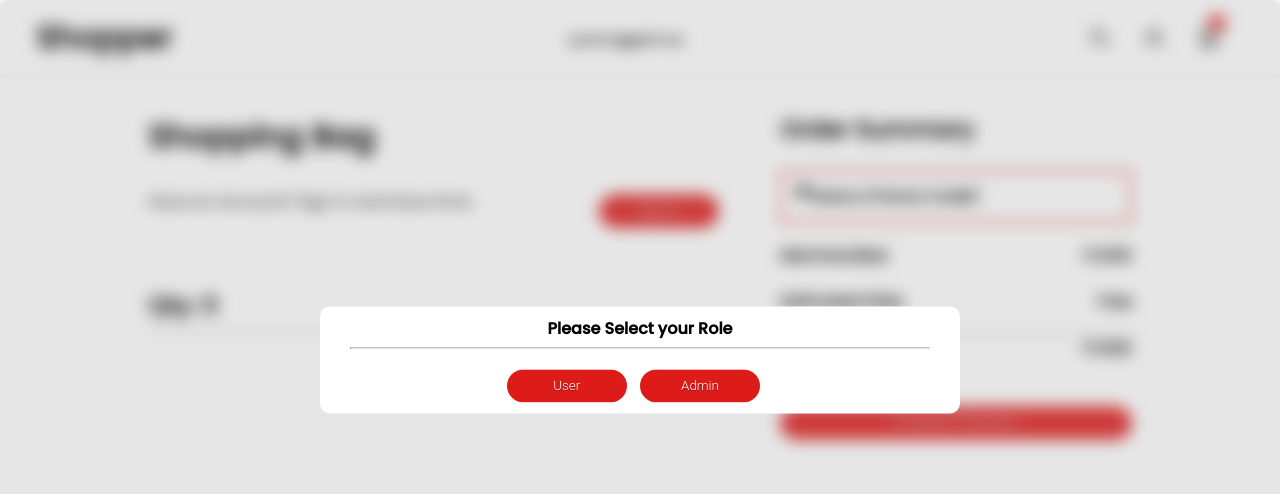
Repository: coolronts/aize-project
Page: /cart
The author's editor kept a copy of each file at every save. The page is drawn from the files as they stood at one save, then again after the next save.
The browser window is 1280 px wide. The pictures show the whole page.
The project was rebuilt for these pictures with package versions that can differ from the ones it lists, and the page was loaded fresh each time. Also part of the build but not shown: src/App.css, src/components/CartItem/CartItem.tsx, src/components/Card/Card.tsx, src/pages/Shop/shop.module.css, src/pages/Shop/Shop.tsx.

Above is the page before, as saved 2021-09-15 12:25:42.

After the next save:
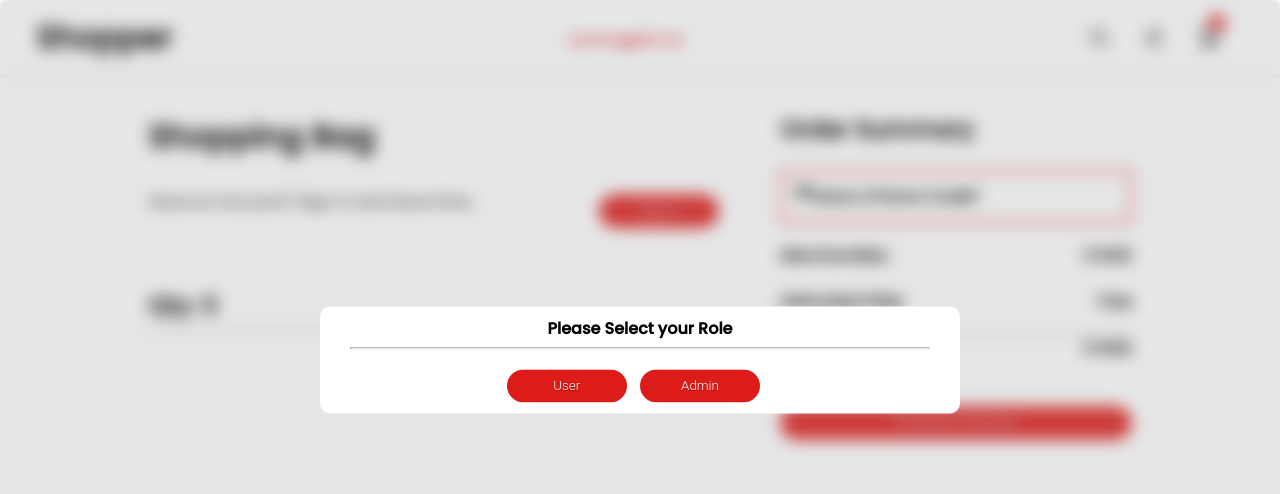
Saved 28 s later.
--- a/src/components/Header/header.module.css
+++ b/src/components/Header/header.module.css
@@ -14,3 +14,7 @@ header {
     font-size: 12px;
     margin-right: 3px;
 }
+
+.role {
+    color: #dd1c1a;
+}

After the save that followed:
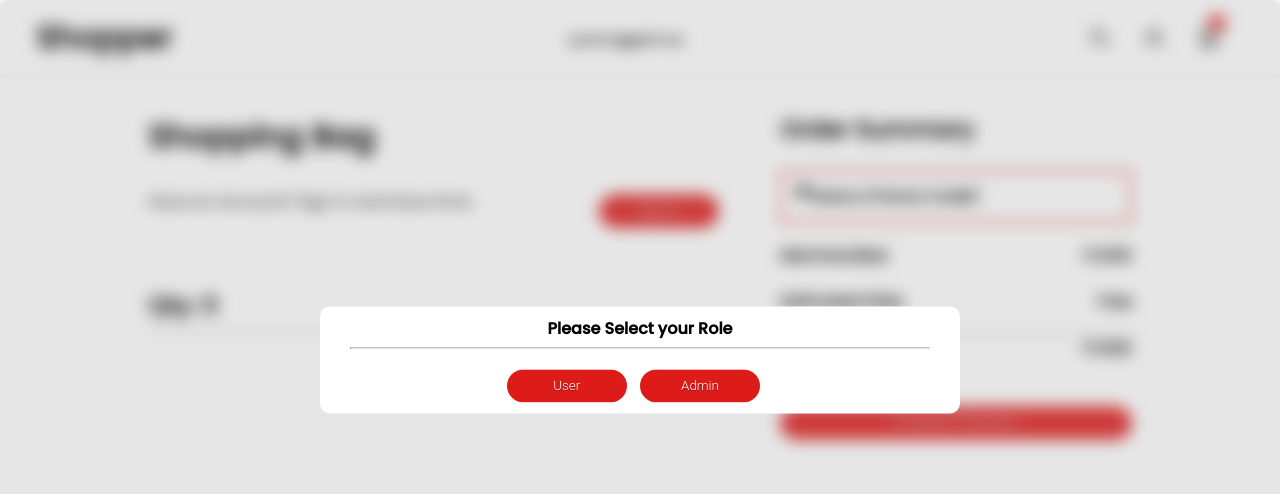
Saved 19 s later.
--- a/src/components/Header/header.module.css
+++ b/src/components/Header/header.module.css
@@ -13,6 +13,7 @@ header {
 .role>span {
     font-size: 12px;
     margin-right: 3px;
+    color: black;
 }
 
 .role {
